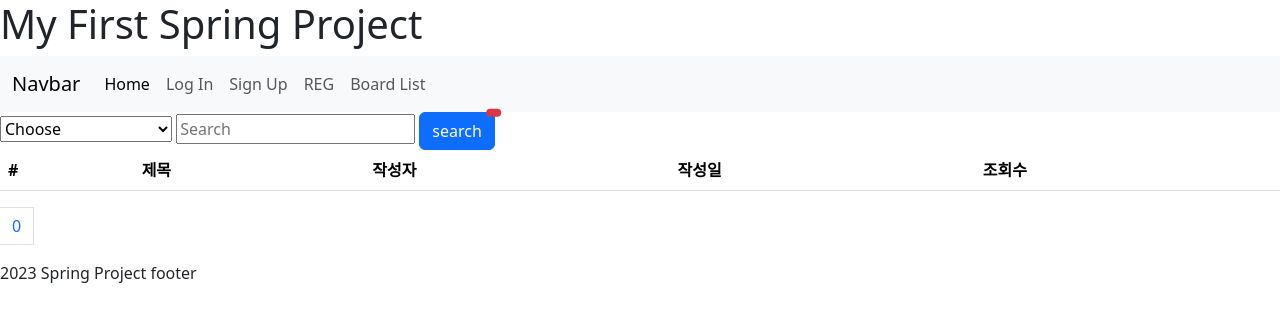
Repository: halsooitda/spring-xml
Page: http://localhost/spring-Test/WEB-INF/views/board/list.jsp
The author's editor kept a copy of each file at every save. The page is drawn from the files as they stood at one save, then again after the next save.
The browser window is 1280 px wide. The pictures show the whole page.
The page is served by Tomcat 9. Nobody is signed in. The template is opened directly, without the code that normally fills it, so the values that code supplies are empty.

Above is the page before, as saved 2023-10-12 09:16:03.

After the next save:
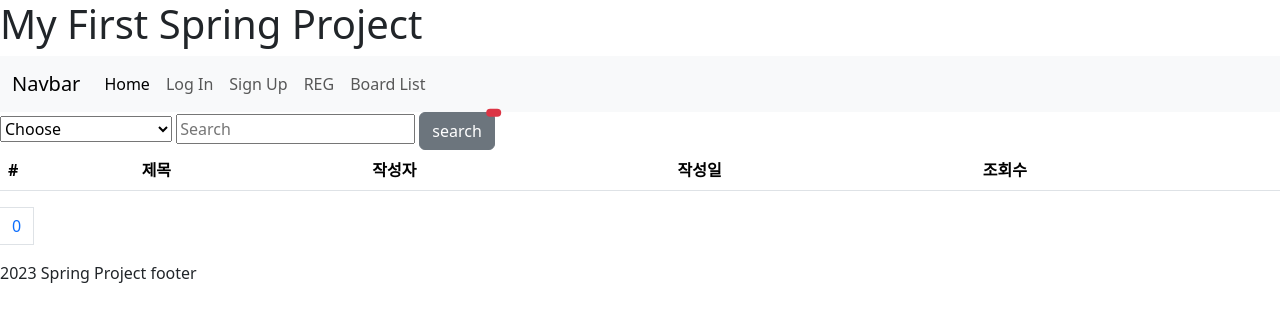
Saved 40 s later.
--- a/spring-Test/src/main/webapp/WEB-INF/views/board/list.jsp
+++ b/spring-Test/src/main/webapp/WEB-INF/views/board/list.jsp
@@ -34,7 +34,7 @@
 										<!-- 검색 후 현재 페이지넘버가 아니라 무조건 1페이지로 가도록 -->
 	<input type="hidden" name="qty" value="${ph.pgvo.qty }">
 	<!-- 3 -->
-	<button type="submit" class="btn btn-primary position-relative">
+	<button type="submit" class="btn btn-secondary position-relative">
  		search
   	<span class="position-absolute top-0 start-100 translate-middle badge rounded-pill bg-danger">
    		${ph.totalCount }
